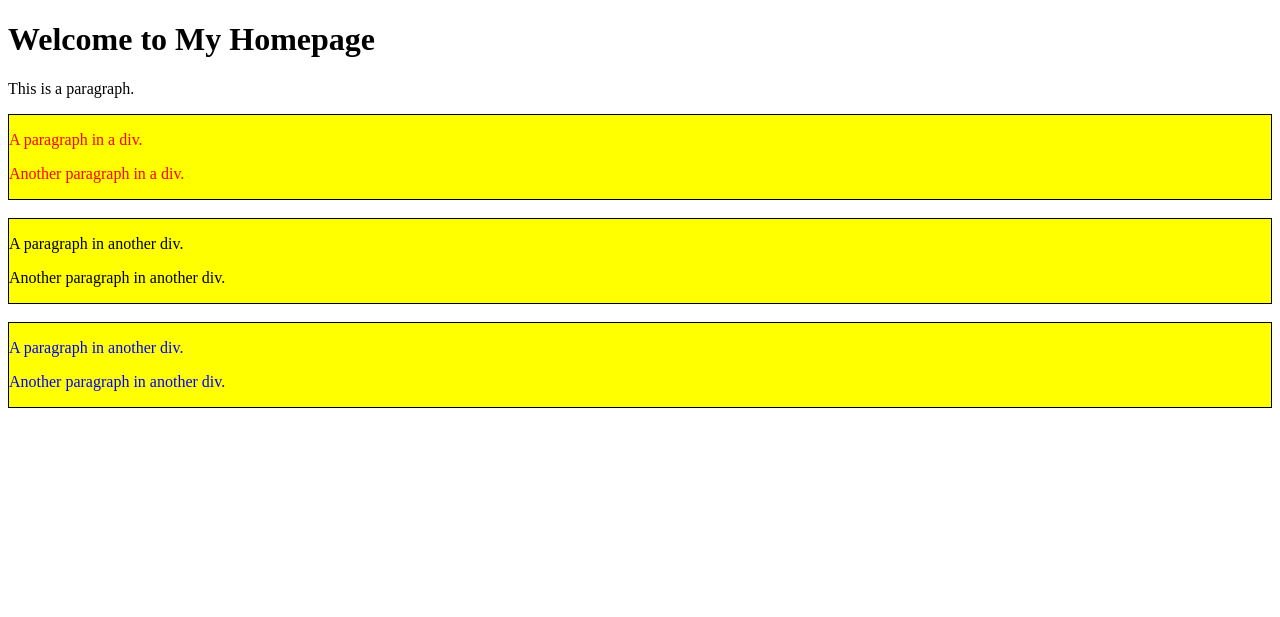
Repository: Deneb0000/WebClass
Page: webPro/src/main/webapp/jquery/days10/ex08_03.html
An editor plug-in stored every save of this project. The page is shown before and after the next save, followed by the edit.
The browser window is 1280 px wide. The pictures show the whole page.

Above is the page before, as saved 2024-10-15 00:49:53.

### webPro/src/main/webapp/jquery/days10/ex08_03.html
<!DOCTYPE html>
<html>
<head>
<meta charset="UTF-8">
<title>Insert title here</title>
<link rel="shortcut icon" type="image/x-icon" href="http://localhost/webPro/images/SiSt.ico">
<script src="https://ajax.googleapis.com/ajax/libs/jquery/3.7.1/jquery.min.js"></script>
<meta name="viewport" content="width=device-width, initial-scale=1.0">
<!-- <link rel="stylesheet" href="http://localhost/webPro/resources/cdn-main/example.css"> -->
<script src="http://localhost/webPro/resources/cdn-main/example.js"></script>
<style>
 span.material-symbols-outlined{
    vertical-align: text-bottom;
 }
</style>
</head>
<body>
  <h1>Welcome to My Homepage</h1>

  <p>This is a paragraph.</p>

  <div style="border: 1px solid black;">
    <p>A paragraph in a div.</p>
    <p>Another paragraph in a div.</p>
  </div>

  <br>

  <div style="border: 1px solid black;">
    <p>A paragraph in another div.</p>
    <p>Another paragraph in another div.</p>
  </div>

  <br>

  <div style="border: 1px solid black;">
    <p>A paragraph in another div.</p>
    <p  class="info" >Another paragraph in another div.</p>
  </div>
  <script>
    $("div")
      .css(
        "background-color", "yellow"
      )
        .first()
          .css("color", "red")
          .end()
          .last()
          .css("color", "blue")   //;
  </script>
</body>
</html>

### webPro/src/main/webapp/resources/cdn-main/example.js

window.onload = () => {

    const list = document.querySelectorAll('input, textarea');

    list.forEach(item => {
        item.setAttribute('autocomplete', 'off');
    });


    const modal_btn_list = document.querySelectorAll('*[data-modal-button]');

    modal_btn_list.forEach(item => {
        item.onclick = function() {

            const name = this.dataset['modalButton'];
            const modal_window = document.querySelector('*[data-modal-window=' + name);

            const container = document.createElement('div');
            container.className = 'modal-container';



            const modal_header = document.createElement('div');
            modal_header.textContent = modal_window.dataset['modalTitle'];
            modal_header.className = 'modal-header';
            container.appendChild(modal_header);

            const modal_content = document.createElement('div');
            modal_content.className = 'modal-content';
            container.appendChild(modal_content);

            Array.from(modal_window.childNodes).forEach(item => {
                modal_content.appendChild(item);
            });

            modal_window.appendChild(container);

            modal_window.style.display = 'flex';

            setTimeout(() => {
                modal_window.style.opacity = 1;
                container.style.marginTop = '20px';
                container.style.opacity = 1;
            }, 50);


            const modal_ok = document.querySelector('*[data-modal-ok=' + name);
            modal_ok.addEventListener('click', function() {
                modal_window.style.opacity = 0;
                container.style.marginTop = '-500px';
                container.style.opacity = 0;

                setTimeout(() => {
                    modal_window.innerHTML = modal_content.innerHTML;
                    modal_window.style.display = 'none';
                }, 500);

            });

            const modal_cancel = document.querySelector('*[data-modal-cancel=' + name);
            modal_cancel.addEventListener('click', function() {

                modal_window.style.opacity = 0;
                container.style.marginTop = '-500px';
                container.style.opacity = 0;

                setTimeout(() => {
                    modal_window.innerHTML = modal_content.innerHTML;
                    modal_window.style.display = 'none';
                }, 500);
            });


        };
    });


    const sidebar_btn_list = document.querySelectorAll('*[data-sidebar-button]');

    sidebar_btn_list.forEach(item => {
        item.onclick = function() {



            const name = this.dataset['sidebarButton'];
            const sidebar_window = document.querySelector('*[data-sidebar-window=' + name);

            if (sidebar_window.style.transform == 'translate(0px, 0px)') return;



            sidebar_window.style.transform = 'translate(0, 0)';

            const sidebar_title = document.createElement('div');
            sidebar_title.className = 'sidebar-title';
            sidebar_title.innerHTML = '<span>' + sidebar_window.dataset['sidebarTitle'] + '</span><span class="material-symbols-outlined">close</span>';

            sidebar_title.children[1].onclick = function() {

                let sign = 1;
                let distance = 300;

                if (sidebar_window.dataset['sidebarDirection'] != 'right') {
                    sign = -1;
                } else {
                    sign = 1;
                }

                if (sidebar_window.dataset['sidebarSize'] != 'wide') {
                    distance = 300;
                } else {
                    distance = 500;
                }

                distance *= sign;

                sidebar_window.style.transform = 'translate(' + distance + 'px, 0)';

                setTimeout(function() {
                    sidebar_window.removeChild(sidebar_window.children[0]);
                }, 500);
            };


            sidebar_window.prepend(sidebar_title);

        }
    });

};

// window.onkeydown = function(event) {

//     if (event.keyCode == 27) {
//         if (document.querySelector('[data-modal-window').style.display == 'flex') {
//             document.querySelector('[data-modal-window').style.display = 'none';
//         }
//     }

// };

After the next save:
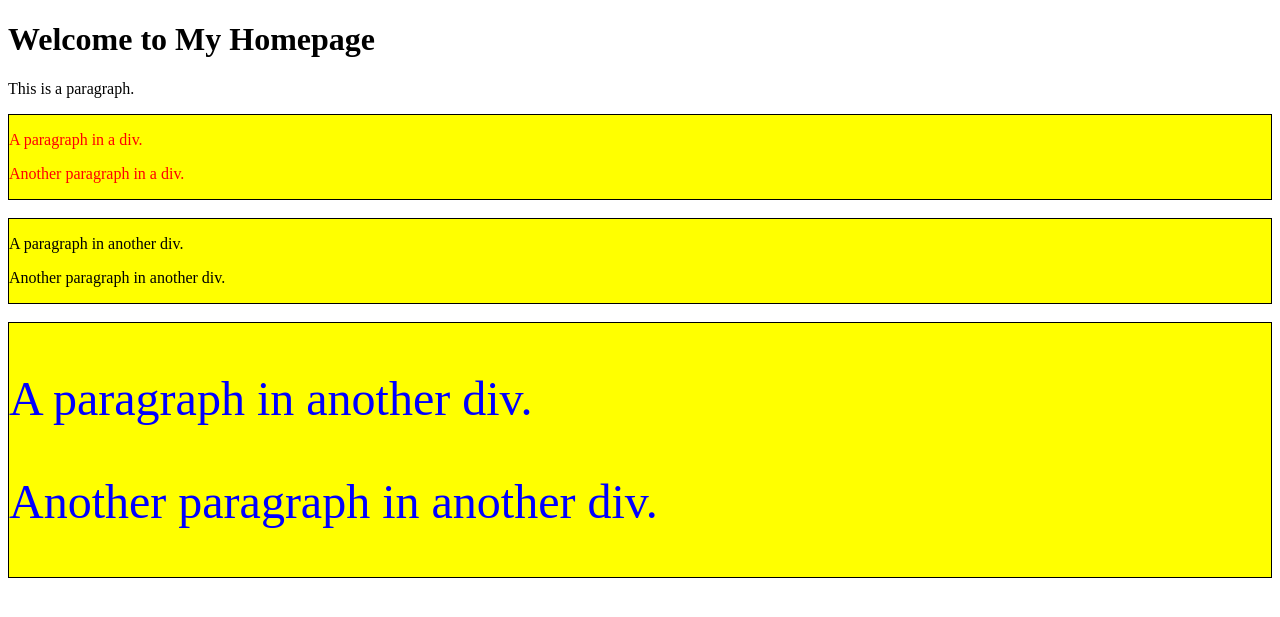
Saved 17 s later.
--- a/webPro/src/main/webapp/jquery/days10/ex08_03.html
+++ b/webPro/src/main/webapp/jquery/days10/ex08_03.html
@@ -44,9 +44,13 @@
       )
         .first()
           .css("color", "red")
-          .end()
-          .last()
-          .css("color", "blue")   //;
+        .end()      //div의 마지막을 뜻함
+        .last()
+          .css("color", "blue")
+          .children("p")
+              // .filter(".info")
+              .not(".into")
+                .css("font-size","3em");
   </script>
 </body>
 </html>
